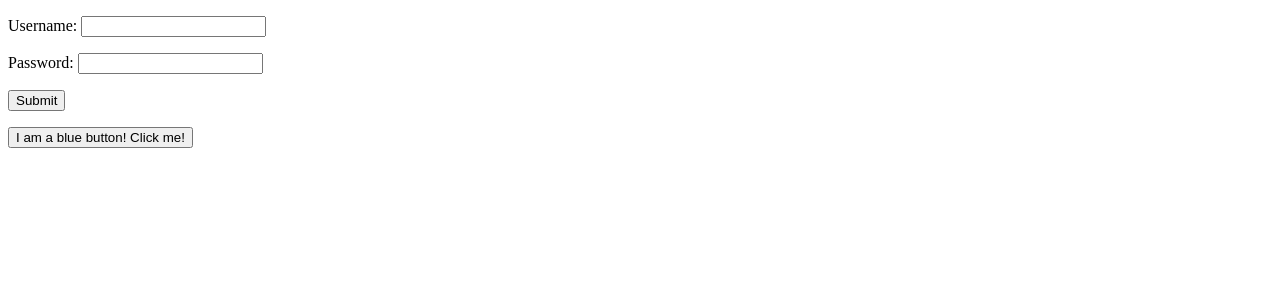
Repository: Jtho28/4830-group-project
Page: Esports-webproj/src/main/webapp/WEB-INF/Login.html
These files come from the project's save history. The page is drawn as it stood at one moment and after the next save; the edit follows.
The browser window is 1280 px wide. The pictures show the whole page.

Above is the page before, as saved 2022-11-16 20:28:22.

### Esports-webproj/src/main/webapp/WEB-INF/Login.html
<!DOCTYPE html>
<html>
<head>
<meta charset="UTF-8">
<title>Login</title>
</head>
<body>
<form action="Login" method="post">
<p>Username: <input type="text" name="username" /></p>
<p>Password: <input type="text" name="password" /></p>
<p><input type="submit" /></p>
<p><button type="button">
I am a blue button! Click me!
</button>
</form>
</body>
</html>

After the next save:
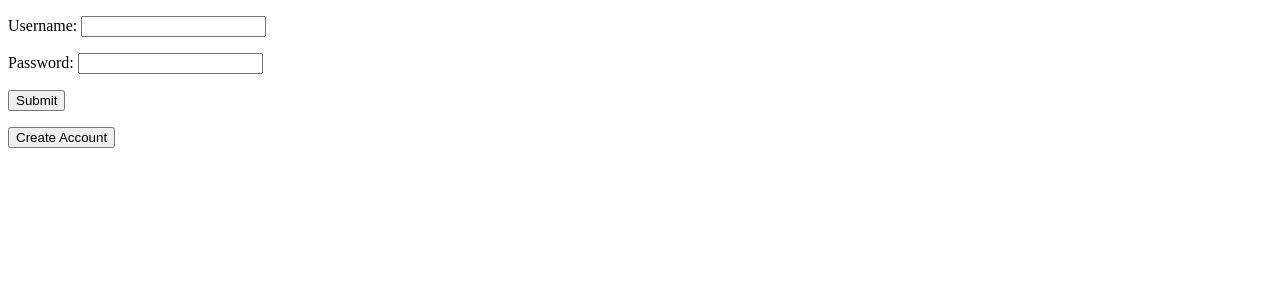
Saved 32 s later.
--- a/Esports-webproj/src/main/webapp/WEB-INF/Login.html
+++ b/Esports-webproj/src/main/webapp/WEB-INF/Login.html
@@ -10,7 +10,7 @@
 <p>Password: <input type="text" name="password" /></p>
 <p><input type="submit" /></p>
 <p><button type="button">
-I am a blue button! Click me!
+Create Account
 </button>
 </form>
 </body>
